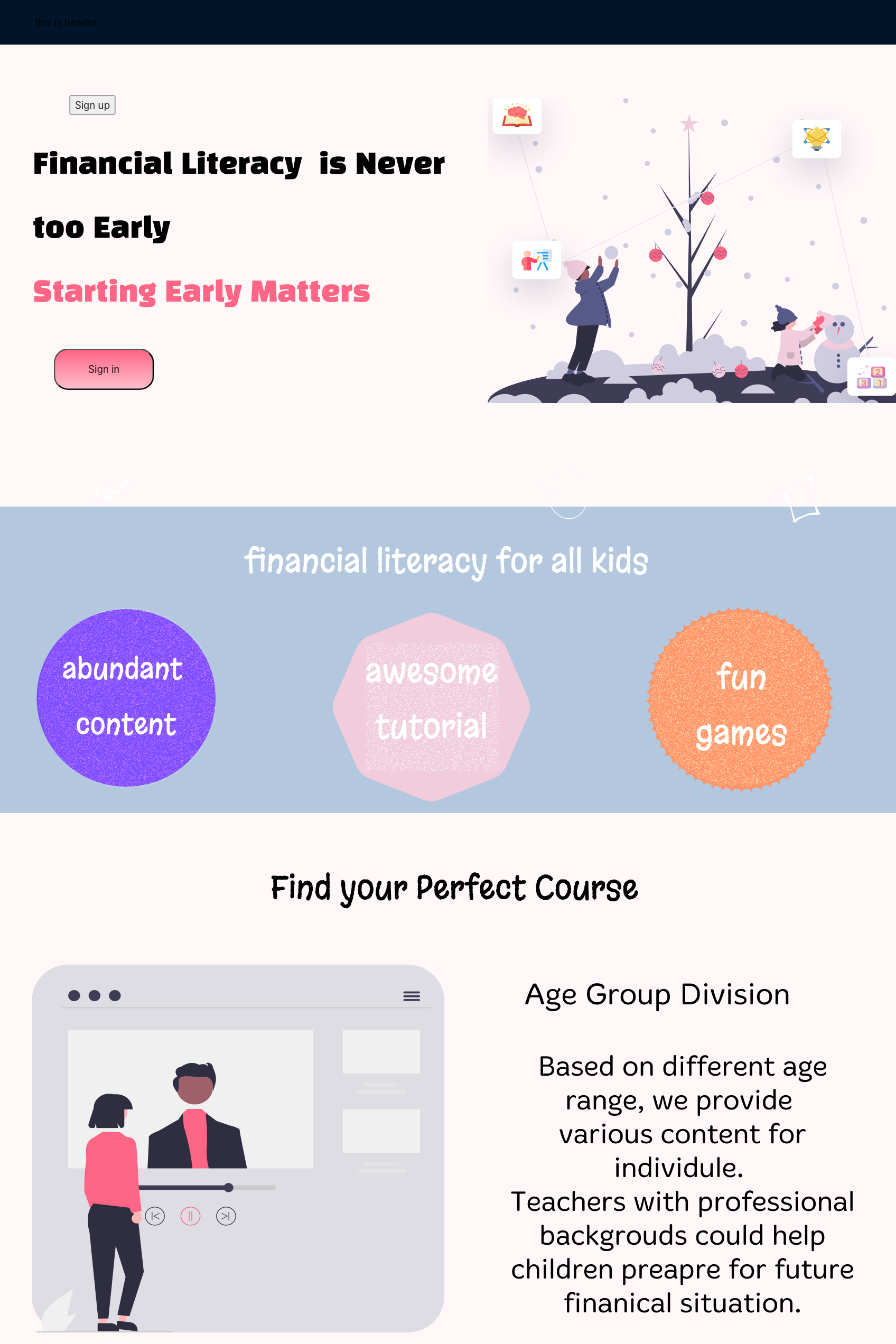
Repository: Zoe-XJ-Zhang/Goldilocks
Page: /
These files come from the project's save history. The page is drawn as it stood at one moment and after the next save; the edit follows.
The browser window is 1280 px wide. The pictures show the part of the page from y = 0 to 1920 px (the page is 2775 px tall before and 2834 px after), at 70% of full size.
The project was rebuilt for these pictures with package versions that can differ from the ones it lists, and the page was loaded fresh each time. Also part of the build but not shown: src/page/roadmapPage/roadmapPage.js, src/page/aboutPage/aboutPage.js.

Above is the page before, as saved 2022-08-31 17:04:47.

### public/index.html
<!DOCTYPE html>
<html lang="en">
  <head>
    <meta charset="utf-8" />
    <link rel="icon" href="./logo.jpg" />
    <meta name="viewport" content="width=device-width, initial-scale=1" />
    <meta name="theme-color" content="#000000" />
    <meta
      name="description"
      content="Web site created using create-react-app"
    />
    <title>Goldilocks</title>
  </head>
  <body>
    <noscript>You need to enable JavaScript to run this app.</noscript>
    <div id="root"></div>
  </body>
</html>

### src/App.js
import "./App.css";
import { Layout } from "antd";
import { Route, Routes } from "react-router-dom";
import HomePage from "./page/homePage/homePage";
import RoadmapPage from "./page/roadmapPage/roadmapPage";
import AboutPage from "./page/aboutPage/aboutPage";

const { Header, Footer, Content } = Layout;

function App() {
  return (
    <div className="App">
      <Header>this is header</Header>
      <Content>
        <Routes>
          <Route path="/*" element={<HomePage />}></Route>
          <Route path="/home" element={<HomePage />}></Route>
          <Route path="/roadmap" element={<RoadmapPage />}></Route>
          <Route path="/aboutus" element={<AboutPage />}></Route>
        </Routes>
      </Content>
      <Footer style={{
            textAlign: 'center',
            fontSize:'20px',
          }}>HSBC @2022 Godilocks</Footer>
    </div>
  );
}

export default App;

### src/page/homePage/homePage.js
import React from 'react';
import './homePage.css';

import homepage from '../../images/home_page.png'
const HomePage = () => {
    return (<div className='homepage'>
        <button className='signin'>Sign in</button><button className='signup'>Sign up</button>
        {/* <Image src={homepage}  alt="asd" title="QW"></Image> */}
        <img src={homepage} alt="" />
    </div>);

};

export default HomePage;

### src/page/homePage/homePage.css
img {
  width: 100%;
  height: 100%;
  object-fit: contain;
}
.signin {
  width: 143px;
  height: 59px;
  left: 77px;
  top: 498px;

  background: linear-gradient(
    180deg,
    #ff6584 0%,
    rgba(255, 83, 118, 0.35) 100%
  );
  border-radius: 20px;
  position: absolute;

  z-index: 2;
}
.signup {
  position: absolute;

  z-index: 2;

  margin: 72px 0px 0px 99px;
}

Loaded but not shown: src/index.js (common file); src/index.css (common file); src/reportWebVitals.js (common file); src/App.css (common file)

After the next save:
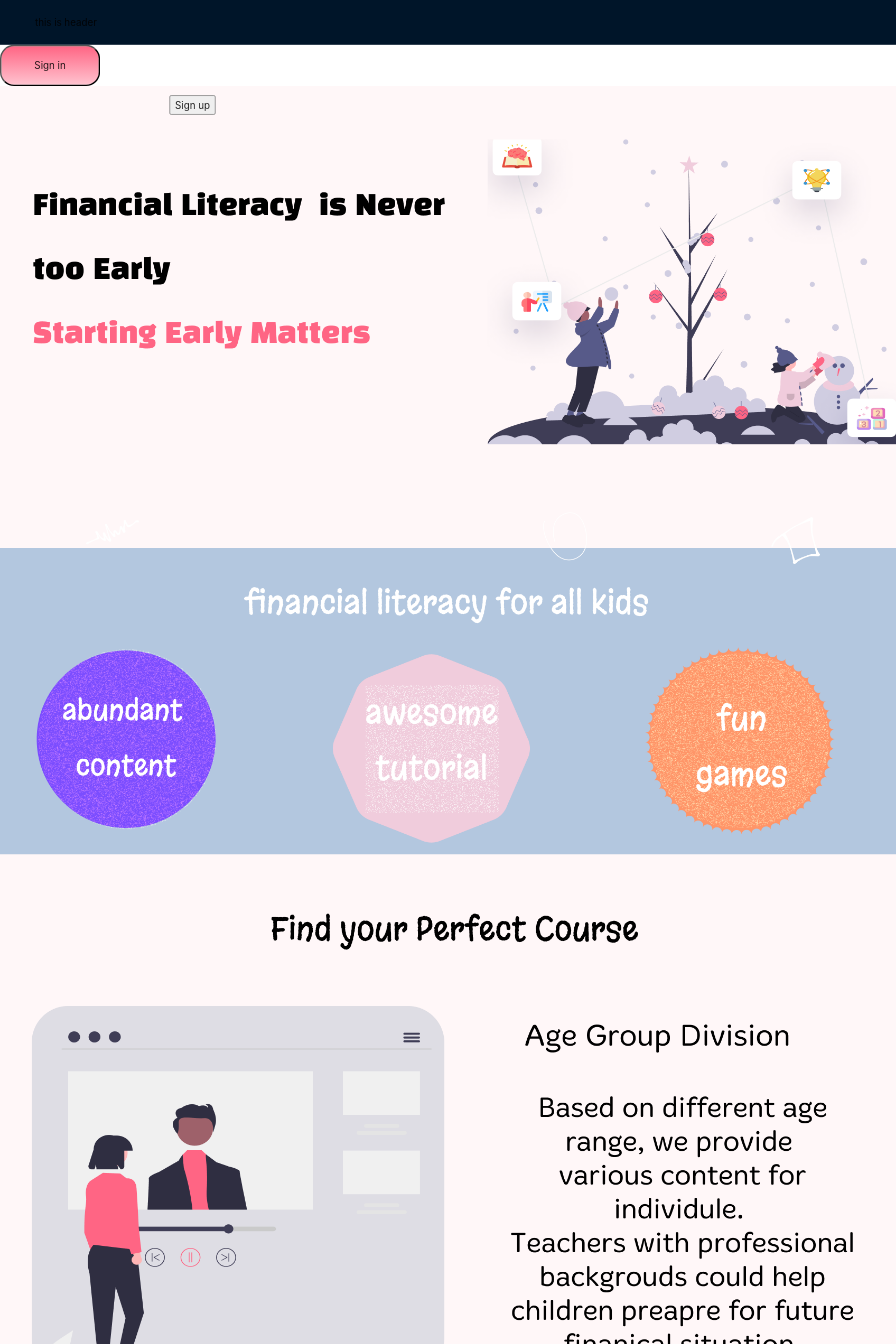
Saved 11 s later.
--- a/src/page/homePage/homePage.css
+++ b/src/page/homePage/homePage.css
@@ -15,6 +15,7 @@
     rgba(255, 83, 118, 0.35) 100%
   );
   border-radius: 20px;
+  border
   position: absolute;
 
   z-index: 2;

After the save that followed:
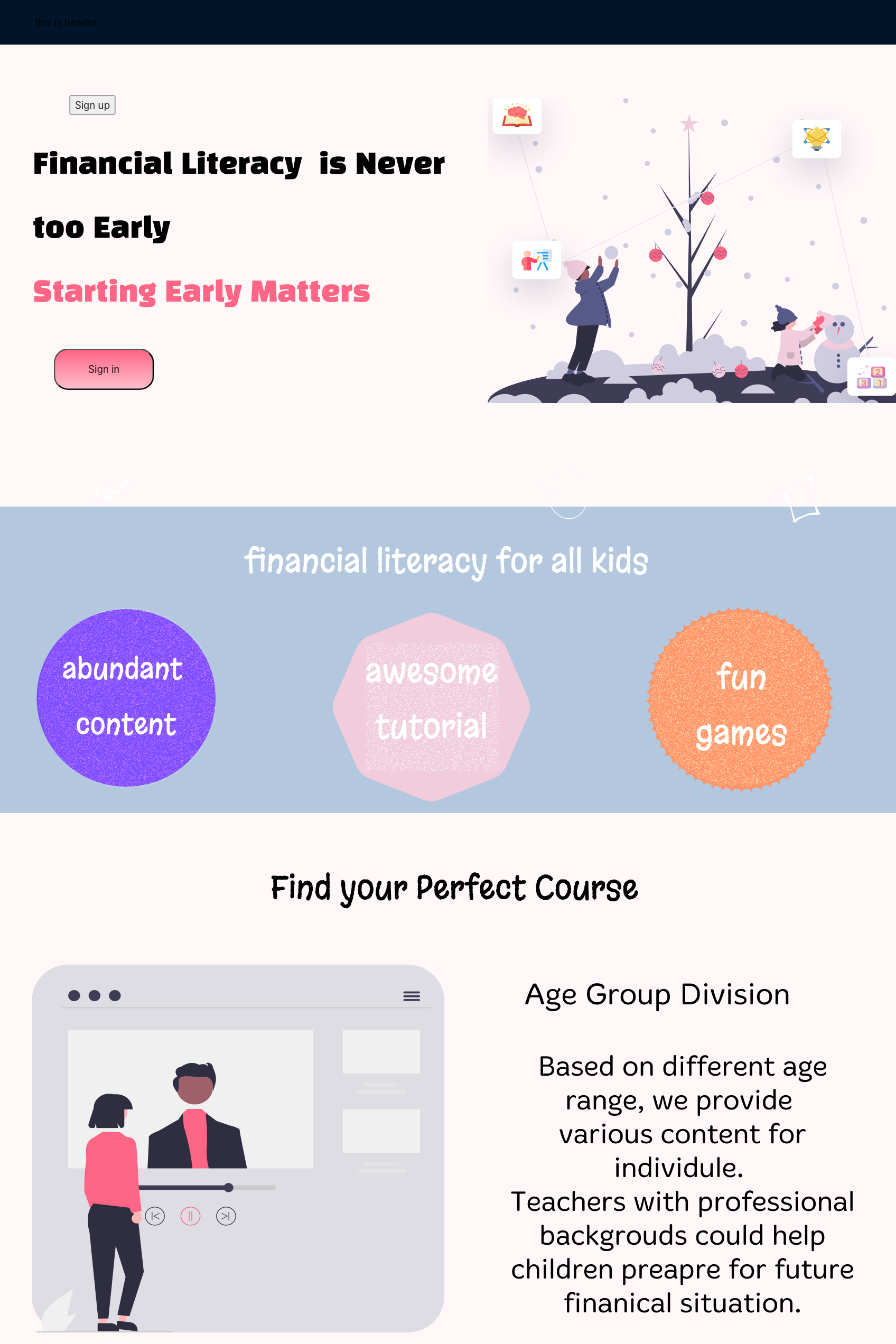
Saved 5 s later.
--- a/src/page/homePage/homePage.css
+++ b/src/page/homePage/homePage.css
@@ -15,7 +15,7 @@
     rgba(255, 83, 118, 0.35) 100%
   );
   border-radius: 20px;
-  border
+  border-color: none;
   position: absolute;
 
   z-index: 2;
